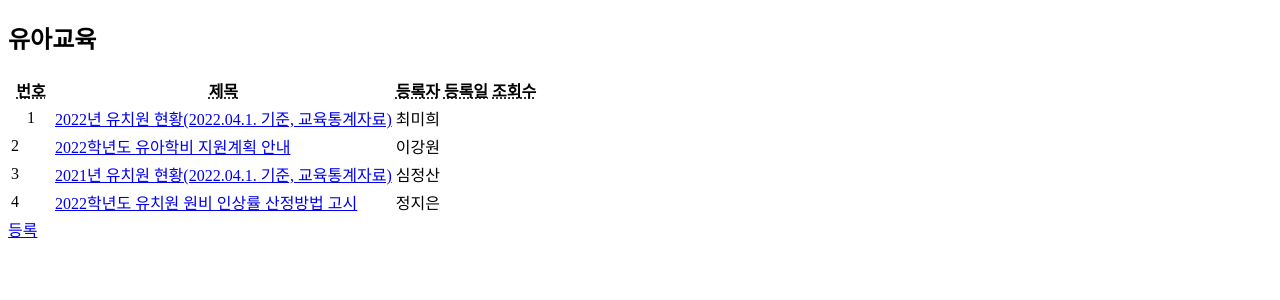
Repository: songyooon/pro06
Page: http://localhost/policy/infantlist
An editor plug-in stored every save of this project. The page is shown before and after the next save, followed by the edit.
The browser window is 1280 px wide. The pictures show the whole page.
The page is this project's Thymeleaf template; nobody is signed in. The template is opened directly, without the code that normally fills it, so the values that code supplies are empty.

Above is the page before, as saved 2022-12-26 04:23:43.

After the next save:
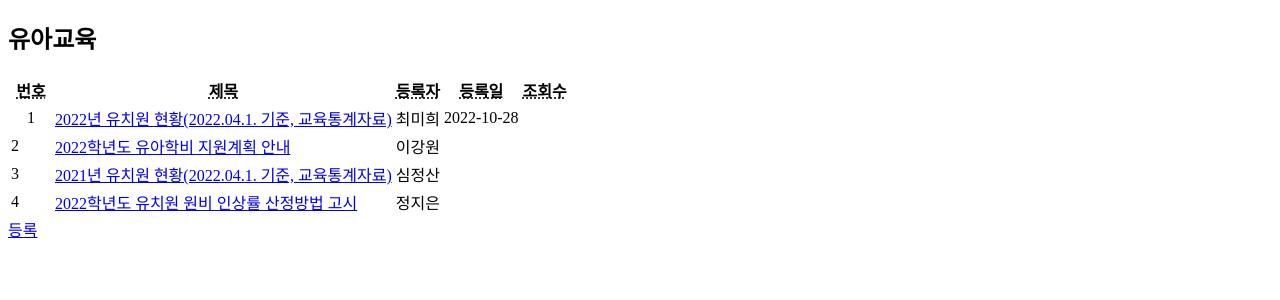
Saved 23 s later.
--- a/myapp/src/main/resources/templates/policy/infantlist.html
+++ b/myapp/src/main/resources/templates/policy/infantlist.html
@@ -35,7 +35,7 @@
                       최미희
                       </td>
                       <td>
-
+                      2022-10-28
                       </td>
                       <td>
 
